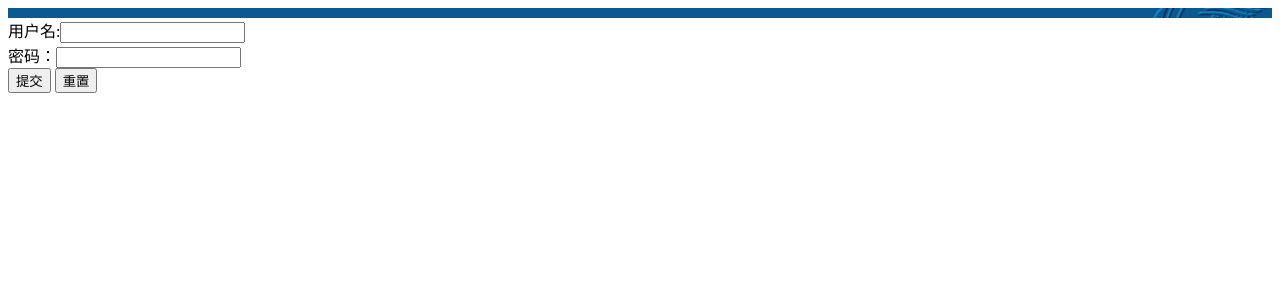
Repository: shunchensaber/Javaweb
Page: Web/WebContent/WebText1.html
These files come from the project's save history. The page is drawn as it stood at one moment and after the next save; the edit follows.
The browser window is 1280 px wide. The pictures show the whole page.

Above is the page before, as saved 2019-03-26 08:20:09.

### Web/WebContent/WebText1.html
<!DOCTYPE html>
<html>
<head>
<style type="text/css">
@import url("Myhomepage.css");
</style>
<meta charset="UTF-8">
<title>用户登录</title>
</head>
<body>

<div id=header></div>
<div style="background-image: url('image/header_bg.jpg');"></div>
<form action="" >
用户名:<input type ="text" name = "name">
<br>
密码：<input tyep = "password" name = "password">
<br>
<button type="submmit" name ="subbmit">提交</button>
<button tyoe ="reset" name ="reset">重置</button>
</form>



</body>
</html>

### Web/WebContent/Myhomepage.css
@charset "UTF-8";
#header
{
	background-color: green;
	text-align: center;
	margin: 0px;
	padding: 5px;
	font-family:serif;
	font-size: 90%;
	background-image: url("image/header_bg.jpg");

}
p.a
{
	font-size: 50px;
	color: white;
	font-family: fantasy;
}
#cont
{
	position: absolute;
	top:20px;
	right:1000px;
	background-image: url(image/bg.jpg);
}

After the next save:
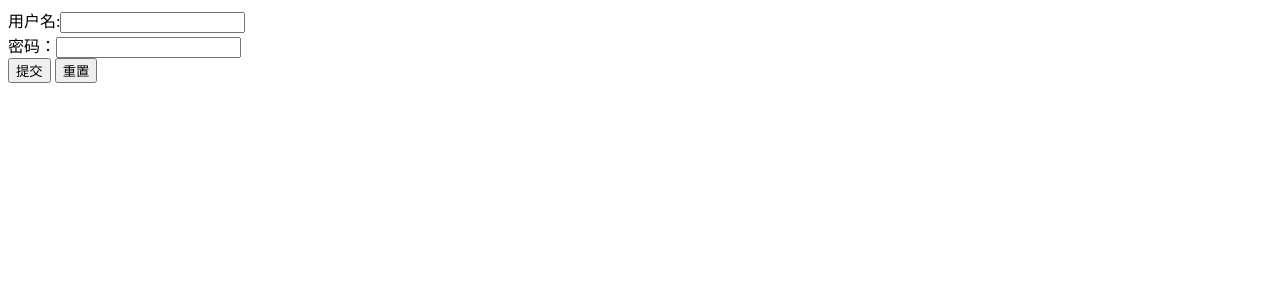
Saved 17 s later.
--- a/Web/WebContent/WebText1.html
+++ b/Web/WebContent/WebText1.html
@@ -9,7 +9,7 @@
 </head>
 <body>
 
-<div id=header></div>
+
 <div style="background-image: url('image/header_bg.jpg');"></div>
 <form action="" >
 用户名:<input type ="text" name = "name">
